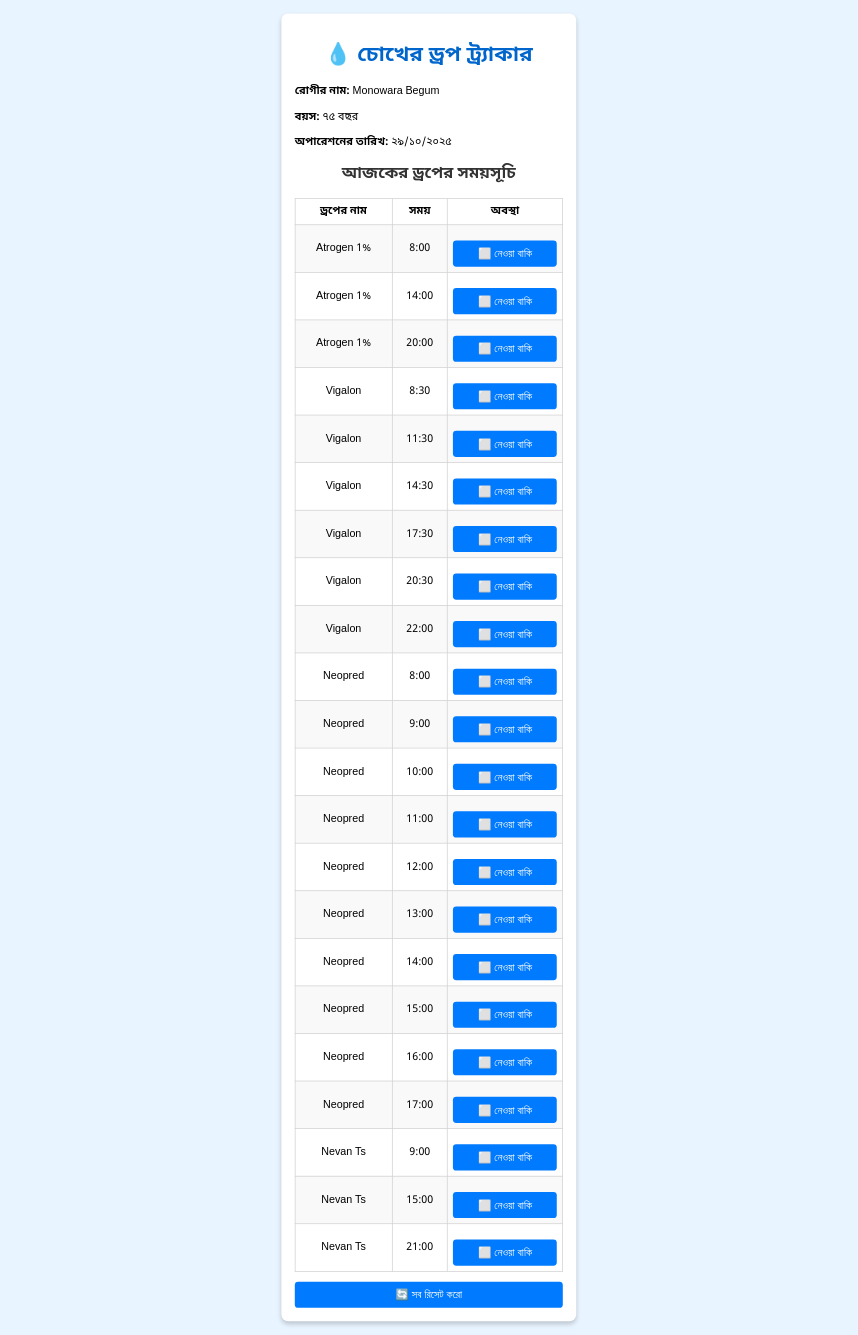
Repository: naimuddin1190/EyeDrop-Tracker
Page: index.html
An editor plug-in stored every save of this project. The page is shown before and after the next save, followed by the edit.
The browser window is 1280 px wide. The pictures show the whole page, at 67% of full size.

Above is the page before, as saved 2025-10-31 09:52:57.

### index.html
<!DOCTYPE html>
<html lang="bn">
<head>
  <meta charset="UTF-8">
  <meta name="viewport" content="width=device-width, initial-scale=1.0">
  <title>চোখের ড্রপ ট্র্যাকার - Monowara Begum</title>
  <link rel="stylesheet" href="styles.css">
</head>
<body>
  <div class="container">
    <h1>💧 চোখের ড্রপ ট্র্যাকার</h1>
    <p><strong>রোগীর নাম:</strong> Monowara Begum</p>
    <p><strong>বয়স:</strong> ৭৫ বছর</p>
    <p><strong>অপারেশনের তারিখ:</strong> ২৯/১০/২০২৫</p>

    <h2>আজকের ড্রপের সময়সূচি</h2>
    <table id="schedule">
      <tr><th>ড্রপের নাম</th><th>সময়</th><th>অবস্থা</th></tr>
    </table>

    <button id="reset">🔄 সব রিসেট করো</button>
  </div>

  <script src="app.js"></script>
</body>
</html>

### styles.css
body {
  font-family: "Noto Sans Bengali", sans-serif;
  background: #e8f4ff;
  margin: 0;
  padding: 0;
}

.container {
  max-width: 400px;
  margin: 20px auto;
  background: white;
  padding: 20px;
  border-radius: 10px;
  box-shadow: 0 4px 8px rgba(0,0,0,0.2);
}

h1 {
  text-align: center;
  color: #0066cc;
}

h2 {
  text-align: center;
  color: #333;
}

table {
  width: 100%;
  border-collapse: collapse;
}

th, td {
  border: 1px solid #ccc;
  padding: 8px;
  text-align: center;
}

tr:nth-child(even) {
  background-color: #f9f9f9;
}

button {
  width: 100%;
  margin-top: 15px;
  padding: 10px;
  background: #007bff;
  color: white;
  border: none;
  border-radius: 5px;
  font-size: 16px;
}

button:hover {
  background: #0056b3;
}

### app.js
const drops = [
  { name: "Atrogen 1%", times: ["8:00", "14:00", "20:00"] },
  { name: "Vigalon", times: ["8:30", "11:30", "14:30", "17:30", "20:30", "22:00"] },
  { name: "Neopred", times: ["8:00", "9:00", "10:00", "11:00", "12:00", "13:00", "14:00", "15:00", "16:00", "17:00"] },
  { name: "Nevan Ts", times: ["9:00", "15:00", "21:00"] }
];

const table = document.getElementById("schedule");
const resetBtn = document.getElementById("reset");

function loadSchedule() {
  const saved = JSON.parse(localStorage.getItem("eyeDrops")) || {};
  table.innerHTML = "<tr><th>ড্রপের নাম</th><th>সময়</th><th>অবস্থা</th></tr>";

  drops.forEach(drop => {
    drop.times.forEach(time => {
      const key = `${drop.name}-${time}`;
      const done = saved[key];
      const row = document.createElement("tr");
      row.innerHTML = `
        <td>${drop.name}</td>
        <td>${time}</td>
        <td>
          <button class="mark-btn" data-key="${key}">
            ${done ? "✅ নেওয়া হয়েছে" : "⬜ নেওয়া বাকি"}
          </button>
        </td>`;
      table.appendChild(row);
    });
  });

  document.querySelectorAll(".mark-btn").forEach(btn => {
    btn.addEventListener("click", () => toggleDrop(btn.dataset.key));
  });
}

function toggleDrop(key) {
  const saved = JSON.parse(localStorage.getItem("eyeDrops")) || {};
  saved[key] = !saved[key];
  localStorage.setItem("eyeDrops", JSON.stringify(saved));
  loadSchedule();
}

resetBtn.addEventListener("click", () => {
  if (confirm("সব রেকর্ড মুছে ফেলতে চাও?")) {
    localStorage.removeItem("eyeDrops");
    loadSchedule();
  }
});

loadSchedule();

After the next save:
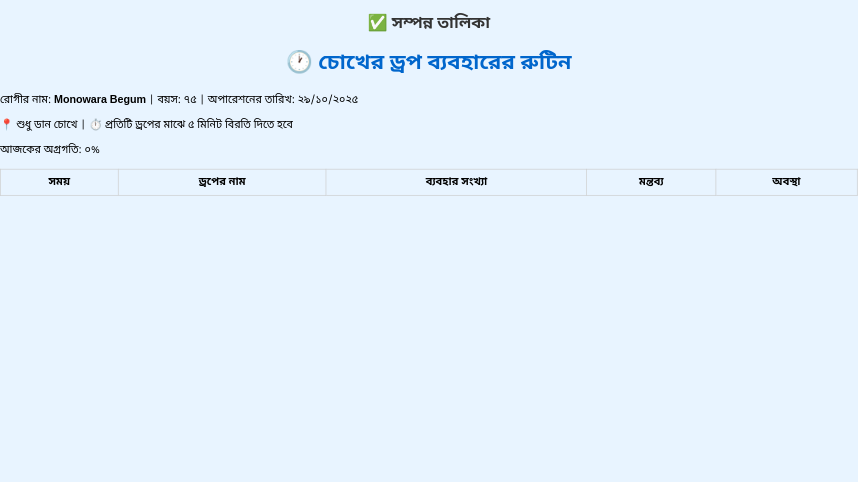
Console error: TypeError: Cannot read properties of null (reading 'addEventListener')
Saved 3 min 35 s later.
--- a/index.html
+++ b/index.html
@@ -7,18 +7,31 @@
   <link rel="stylesheet" href="styles.css">
 </head>
 <body>
-  <div class="container">
-    <h1>💧 চোখের ড্রপ ট্র্যাকার</h1>
-    <p><strong>রোগীর নাম:</strong> Monowara Begum</p>
-    <p><strong>বয়স:</strong> ৭৫ বছর</p>
-    <p><strong>অপারেশনের তারিখ:</strong> ২৯/১০/২০২৫</p>
+  <div class="sidebar" id="sidebar">
+    <h2>✅ সম্পন্ন তালিকা</h2>
+    <ul id="completedList"></ul>
+  </div>
 
-    <h2>আজকের ড্রপের সময়সূচি</h2>
+  <div class="main">
+    <header>
+      <h1>🕐 চোখের ড্রপ ব্যবহারের রুটিন</h1>
+      <p>রোগীর নাম: <strong>Monowara Begum</strong> | বয়স: ৭৫ | অপারেশনের তারিখ: ২৯/১০/২০২৫</p>
+      <p>📍 শুধু ডান চোখে | ⏱️ প্রতিটি ড্রপের মাঝে ৫ মিনিট বিরতি দিতে হবে</p>
+      <div class="progress-container">
+        <div id="progressBar" class="progress-bar"></div>
+      </div>
+      <p id="progressText">আজকের অগ্রগতি: ০%</p>
+    </header>
+
     <table id="schedule">
-      <tr><th>ড্রপের নাম</th><th>সময়</th><th>অবস্থা</th></tr>
+      <tr>
+        <th>সময়</th>
+        <th>ড্রপের নাম</th>
+        <th>ব্যবহার সংখ্যা</th>
+        <th>মন্তব্য</th>
+        <th>অবস্থা</th>
+      </tr>
     </table>
-
-    <button id="reset">🔄 সব রিসেট করো</button>
   </div>
 
   <script src="app.js"></script>
